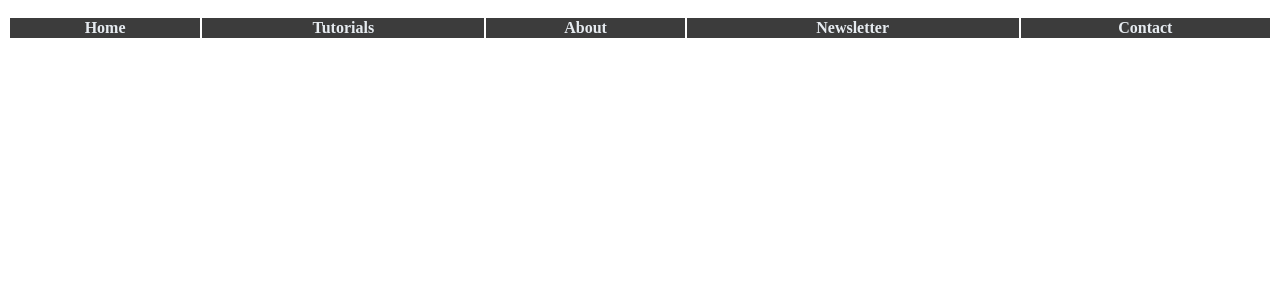
Repository: Helianthusss/Learn-CPP
Page: HTML/bai2.html
An editor plug-in stored every save of this project. The page is shown before and after the next save, followed by the edit.
The browser window is 1280 px wide. The pictures show the whole page.

Above is the page before, as saved 2021-09-15 12:04:22.

### HTML/bai2.html
<!DOCTYPE html>
<html lang="en">
<head>
    <meta charset="UTF-8">
    <meta http-equiv="X-UA-Compatible" content="IE=edge">
    <meta name="viewport" content="width=device-width, initial-scale=1.0">
    <title>Document</title>
</head>
<body>
   <p style="background-color:rgb(60, 60, 60);color:rgb(230, 235, 240)">
    <table style="width:100%">
        <tr>
            <th style="background-color:rgb(60, 60, 60);color:rgb(230, 235, 240)">Home</th>
            <th style="background-color:rgb(60, 60, 60);color:rgb(230, 235, 240)">Tutorials</th>
            <th style="background-color:rgb(60, 60, 60);color:rgb(230, 235, 240)">About</th>
            <th style="background-color:rgb(60, 60, 60);color:rgb(230, 235, 240)">Newsletter</th>
            <th style="background-color:rgb(60, 60, 60);color:rgb(230, 235, 240)">Contact</th>
        </tr>
    </table>
    </p>
</body>
</html>

After the next save:
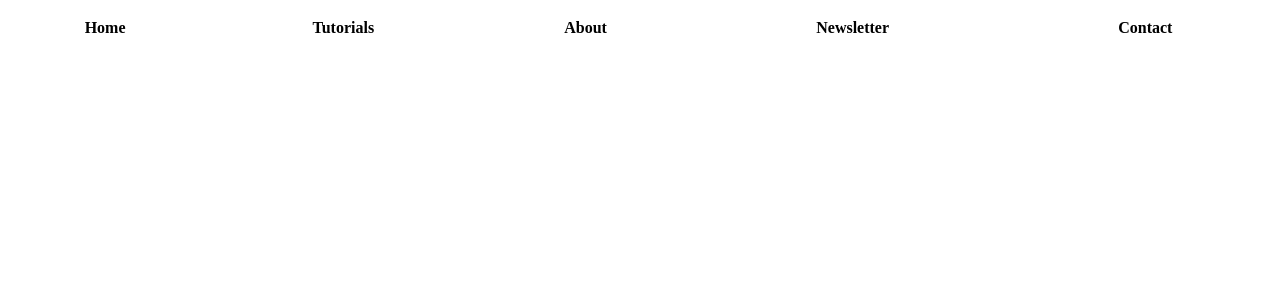
Saved 33 s later.
--- a/HTML/bai2.html
+++ b/HTML/bai2.html
@@ -10,11 +10,11 @@
    <p style="background-color:rgb(60, 60, 60);color:rgb(230, 235, 240)">
     <table style="width:100%">
         <tr>
-            <th style="background-color:rgb(60, 60, 60);color:rgb(230, 235, 240)">Home</th>
-            <th style="background-color:rgb(60, 60, 60);color:rgb(230, 235, 240)">Tutorials</th>
-            <th style="background-color:rgb(60, 60, 60);color:rgb(230, 235, 240)">About</th>
-            <th style="background-color:rgb(60, 60, 60);color:rgb(230, 235, 240)">Newsletter</th>
-            <th style="background-color:rgb(60, 60, 60);color:rgb(230, 235, 240)">Contact</th>
+            <th>Home</th>
+            <th>Tutorials</th>
+            <th>About</th>
+            <th>Newsletter</th>
+            <th>Contact</th>
         </tr>
     </table>
     </p>
